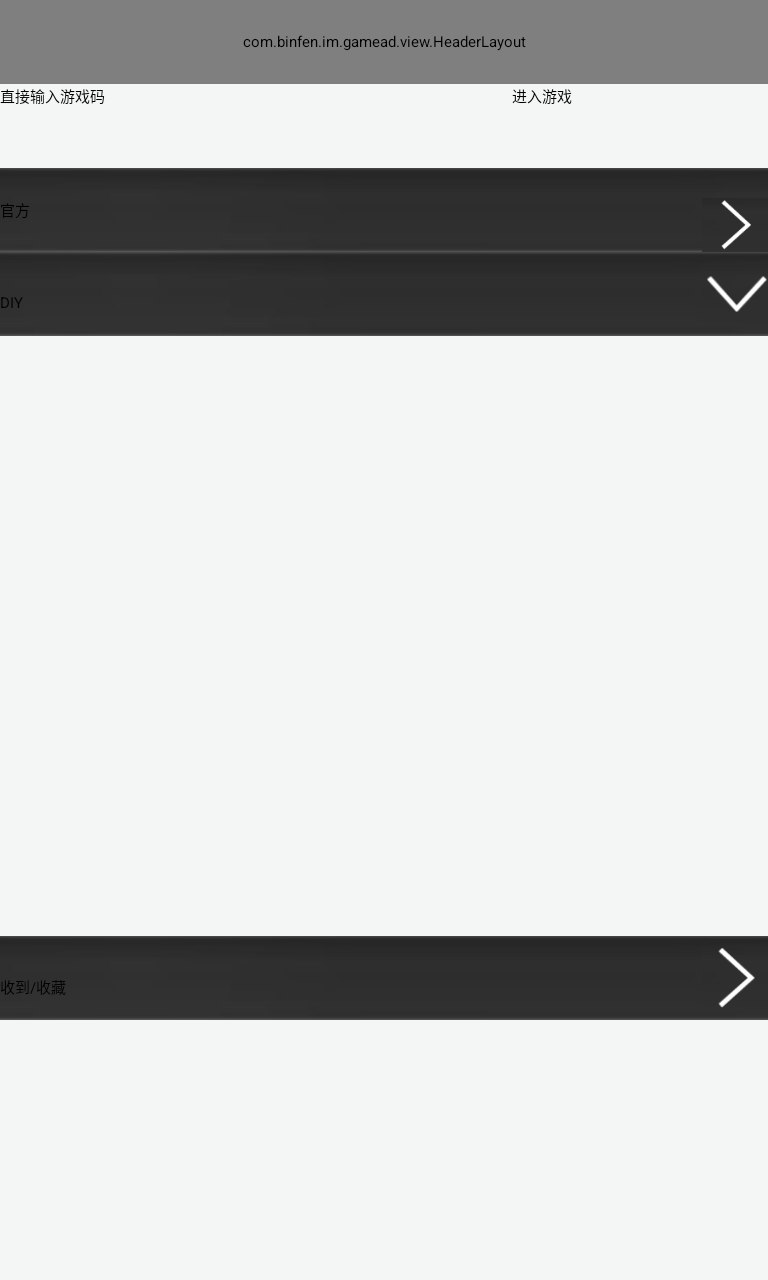
Repository: hosle/gad2
Layout: gamead_IM2/res/layout/xxh_gamelayout2.xml
The author's editor kept a copy of each file at every save. The layout is drawn from the files as they stood at one save, then again after the next save.
Pictures or frames that could not be fetched are drawn as grey boxes. It is drawn on a 768 x 1280 px phone screen (xhdpi) without system bars, with theme AppTheme; the app's code is not run. Lists and similar views that code fills are empty. The app's manifest (not shown) leaves right-to-left support off. So textAlignment, textDirection and layoutDirection are ignored, and left and right values win over start and end ones.

Above is the layout before, as saved 2015-06-26 07:10:59.

### gamead_IM2/res/layout/xxh_gamelayout2.xml
<?xml version="1.0" encoding="utf-8"?>
<RelativeLayout xmlns:android="http://schemas.android.com/apk/res/android"
    android:layout_width="match_parent"
    android:layout_height="match_parent"
    android:background="@color/base_bg"
    >

    <include
        android:id="@+id/common_actionbar"
        layout="@layout/include_action_bar"
        android:layout_width="match_parent"
        android:layout_height="42dp"
        android:layout_alignParentTop="true" />

    <LinearLayout
        android:id="@+id/bar3"
        android:layout_width="match_parent"
        android:layout_height="wrap_content"
        android:layout_below="@+id/common_actionbar"
        android:orientation="vertical" >
         <LinearLayout
            android:orientation="horizontal"
            android:layout_width="match_parent"
            android:layout_height="42dp">
            <EditText android:id="@+id/edt_gamecode"
                android:layout_height="match_parent"
                android:layout_width="0dp"
                android:layout_weight="2"
                android:hint="@string/hintgamecode"/>
            <Button android:id="@+id/btn_gamecode"
                android:layout_height="match_parent"
                android:layout_width="0dp"
                android:layout_weight="1"
                android:text="@string/btngamecode"
                />

        </LinearLayout>

        <RelativeLayout
            android:layout_width="match_parent"
            android:layout_height="42dp"
            android:background="@drawable/xxh_game_dir" >
            <TextView
                android:id="@+id/official_game"
                android:layout_width="wrap_content"
                android:layout_height="wrap_content"
                android:layout_alignParentLeft="true"
                android:layout_alignParentStart="true"
                android:layout_centerVertical="true"
                android:text="官方"
                android:textAppearance="?android:attr/textAppearanceLarge" />

            <ImageButton
                android:id="@+id/xxh_imagebnt1"
                android:layout_width="wrap_content"
                android:layout_height="wrap_content"
                android:layout_alignParentRight="true"
                android:layout_alignParentEnd="true"

                android:layout_alignTop="@+id/official_game"
                android:background="@drawable/xxh_game_bkimgbnt"
                android:src="@drawable/xxh_game_ar" />

        </RelativeLayout>

        <RelativeLayout
            android:layout_width="match_parent"
            android:layout_height="42dp"
            android:gravity="center_vertical"
            android:background="@drawable/xxh_game_dir" >

            <TextView
                android:id="@+id/receive_game"
                android:layout_width="wrap_content"
                android:layout_height="wrap_content"
                android:layout_alignParentLeft="true"
                android:layout_alignParentStart="true"
                android:layout_centerVertical="true"
                android:text="DIY"
                android:textAppearance="?android:attr/textAppearanceLarge" />

            <ImageButton
                android:id="@+id/xxh_imagebnt2"
                android:layout_width="wrap_content"
                android:layout_height="wrap_content"
                android:layout_alignParentRight="true"
                android:layout_alignParentEnd="true"
                android:layout_alignRight="@+id/receive_game"
                android:background="@drawable/xxh_game_bkimgbnt"
                android:src="@drawable/xxh_game_ad" />

        </RelativeLayout>


    </LinearLayout>

   <!--  <com.binfen.im.gamead.view.ClearEditText
        android:id="@+id/et_msg_search"
        android:layout_width="fill_parent"
        android:layout_height="@dimen/base_action_bar_height"
        android:layout_margin="10dp"
        android:background="@drawable/base_edit_input"
        android:drawableLeft="@drawable/icon_msg_search"
        android:drawablePadding="10dp"
        android:hint="@string/message_search_hint"
        android:paddingLeft="10dp"
        android:paddingRight="10dp"
        android:singleLine="true"
        android:visibility="gone" /> -->

   <!--  <GridView
        android:id="@+id/gridgame"
        android:layout_width="match_parent"
        android:layout_height="286dp"
        android:layout_weight="0.50"
        android:columnWidth="90dp"
        android:gravity="center"
        android:horizontalSpacing="5dp"
        android:numColumns="auto_fit"
        android:stretchMode="columnWidth"
        android:verticalSpacing="5dp" >
    </GridView> -->

    <LinearLayout
        android:layout_width="match_parent"
        android:layout_height="wrap_content"
        android:layout_below="@+id/bar3"
        android:layout_alignParentBottom="true"
        android:orientation="vertical" >
         <ListView
        android:id="@+id/listgame"
        android:layout_width="match_parent"
        android:layout_height="300dp"

        ></ListView>

        <RelativeLayout
            android:layout_width="match_parent"
            android:layout_height="42dp"
            android:gravity="center_vertical"
            android:background="@drawable/xxh_game_dir" >

            <TextView
                android:id="@+id/save_game"
                android:layout_width="wrap_content"
                android:layout_height="wrap_content"
                android:layout_alignParentLeft="true"
                android:layout_centerVertical="true"
                android:text="收到/收藏"
                android:textAppearance="?android:attr/textAppearanceLarge" />

            <ImageButton
                android:id="@+id/xxh_imagebnt3"
                android:layout_width="wrap_content"
                android:layout_height="wrap_content"
                android:layout_alignParentRight="true"
                android:layout_alignParentTop="true"
                android:layout_alignRight="@+id/save_game"
                android:background="@drawable/xxh_game_bkimgbnt"
                android:src="@drawable/xxh_game_ar" />
        </RelativeLayout>
    </LinearLayout>

</RelativeLayout>

### gamead_IM2/res/values/colors.xml
<?xml version="1.0" encoding="utf-8"?>
<resources>

    <color name="base_actionbar_bg">#f5f5f5</color>
    <color name="base_action_bar_title_color">#2f2725</color>
    <color name="base_tab_indicator_text_color">#f82c22</color>
    <color name="base_menu_left_bg">#393c44</color>
    <color name="pull_refresh_textview">#000000</color>
    <color name="base_color_text_black">#3e3e39</color>
    <color name="base_color_text_gray">#9fa0a0</color>
    <color name="base_color_text_white">#ffffff</color>
    <color name="home_item_color_bg">#f4f6f6</color>
    <color name="base_bg">#f4f6f6</color>
    <!-- zxing -->
    <color name="color_half_transparent">#b0000000</color>
    <color name="color_transparent_bg">#80000000</color>
    <color name="color_transparent_bg1">#e0000000</color>
    <!-- emot -->
    <color name="msg_emote_divider">#ffa1a1a1</color>
    <color name="color_bottom_bg">#272a2e</color>
    <color name="color_bottom_text_normal">#9da0a4</color>
    <color name="color_bottom_text_press">#4f9ef6</color>
    <color name="text_gray">#969696</color>
    <color name="transparent">#00000000</color>
    <color name="msg_chat_bg">#eceff4</color>

    <color name="theme_bg_color">#f0f2f5</color>
    <color name="color_theme">#489cfa</color>
    <color name="c_f98800">#ed4e23</color>

    <color name="dialog_color_title">#f82c22</color>
    <color name="guide_color">#898989</color>

    <color name="common_bg">#fcfcfc</color>

</resources>

### gamead_IM2/res/layout/include_action_bar.xml
<?xml version="1.0" encoding="utf-8"?>
<com.binfen.im.gamead.view.HeaderLayout
    xmlns:android="http://schemas.android.com/apk/res/android"
    android:layout_width="match_parent"
    android:layout_height="@dimen/base_action_bar_height" >

</com.binfen.im.gamead.view.HeaderLayout>

### gamead_IM2/res/values/strings.xml
<?xml version="1.0" encoding="utf-8"?>
<resources>

    <string name="app_name">缤分</string>
    <string name="action_settings">Settings</string>
    <string name="hello_world">Hello world!</string>
    <string name="login_username_hint">请输入用户名&#8230;</string>
    <string name="login_password_hint">请输入密码&#8230;</string>
    <string name="login_email_hint">请在此输入密码&#8230;</string>
    <string name="login">登录</string>
    <string name="register">注册</string>
    <string name="register_txt1">还没有账号？</string>
    <string name="register_txt2">立即注册 ></string>
    <string name="login_account">账号 </string>
    <string name="login_pwd">密码 </string>
    <string name="login_email">确认密码 </string>
    <string name="message_search_hint">搜索&#8230;</string>
    <string name="main_tab_recent">会话</string>
    <string name="main_tab_contact">联系人</string>
    <string name="mian_tab_set">设置</string>
    <string name="main_tab_game">游戏</string>
    <string name="xlistview_header_hint_normal">下拉刷新</string>
    <string name="xlistview_header_hint_ready">松开刷新数据</string>
    <string name="xlistview_header_hint_loading">正在加载&#8230;</string>
    <string name="xlistview_header_last_time">上次更新时间：</string>
    <string name="xlistview_footer_hint_normal">查看更多</string>
    <string name="xlistview_footer_hint_ready">松开载入更多</string>
    <string name="add_avator">头像</string>
    <string name="add_nick">昵称</string>
    <string name="add_name">账号</string>
    <string name="add_name_hint">请输入昵称&#8230;</string>
    <string name="add_gender">性别</string>
    <string name="set_notify">接收新消息通知</string>
    <string name="set_myinfo">个人资料</string>
    <string name="set_blacklist">黑名单</string>
    <string name="set_voice">声音</string>
    <string name="set_vibrate">震动</string>
    <string name="tips">提示</string>
    <string name="logout">退出登陆</string>
    <string name="pop_photo">拍照</string>
    <string name="pop_choose">从手机相册选中</string>
    <string name="network_tips">当前网络不可用,请检查您的网络!</string>
    <string name="toast_error_password_null">密码不能为空</string>
    <string name="toast_error_username_null">用户名不能为空</string>
    <string name="toast_error_comfirm_password">输入的两次密码不一致</string>
    <string name="blacklist">黑名单</string>
    <string name="chat">发起会话</string>
    <string name="add_friend">添加好友</string>
    <string name="send_state">已读</string>
    <string name="longclick_speak">长按说话</string>
    <string name="picture">照片</string>
    <string name="camera">拍摄</string>
    <string name="location">位置</string>
    <string name="xxh_game">游戏</string>
    <string name="black_tips">已添加至黑名单，你将不再收到对方的消息!</string>
    <string name="username">用户名</string>
    <string name="search">搜索</string>
    <string name="new_friends">新朋友</string>
    <string name="near_people">附近的人</string>
    <string name="voice_up_tips">手指上滑,取消发送</string>
    <string name="voice_cancel_tips">松开手指，取消发送</string>
    <string name="voice_seconds_tips">还可以说%1$s秒</string>
    <string name="voice_short_tips">录音时间太短</string>
    <string name="show_notice">\t\t\t\t\t自V1.0.6版本开始，应用源码中将不再公开ApplicationId,开发者请自行到官网申请。\n\t\t\t\t\t申请成功之后在应用程序启动页(SplashActivity)进行初始化操作!</string>
    <string name="title_activity_select_game_to_send">SelectGameToSendActivity</string>
    <string name="title_activity_maintest">MainActivity</string>
    <string name="title_activity_select_game_to_send2">SelectGameToSend2Activity</string>

    <string name="hintgamecode">直接输入游戏码</string>
    <string name="btngamecode">进入游戏</string>

</resources>

### gamead_IM2/res/values/dimens.xml
<resources>

    <!-- Default screen margins, per the Android Design guidelines. -->
    <dimen name="activity_horizontal_margin">16dp</dimen>
    <dimen name="activity_vertical_margin">16dp</dimen>
    <dimen name="text_size_small">14sp</dimen>
    <dimen name="text_size_medium">16sp</dimen>
    <dimen name="text_size_large">18sp</dimen>
    <dimen name="base_action_bar_height">48.0dip</dimen>
    <dimen name="base_action_bar_title_size">22.0sp</dimen>
    <dimen name="register_margin">10.0dp</dimen>
    <dimen name="base_scrollview_top_height">50.0dip</dimen>
    <dimen name="tab_padding_top_bottom">15dp</dimen>
    <dimen name="tab_padding_left_right">40dp</dimen>
    <dimen name="tab_height">48dp</dimen>
    <dimen name="base_line_width_1">1dip</dimen>
    <dimen name="base_line_width_2">2dip</dimen>
    <dimen name="base_line_width">0.5dip</dimen>

    <dimen name="time_line_line_left_margin">24dip</dimen>
    <dimen name="time_line_line_width">2.0dip</dimen>
    <dimen name="time_line_content_left_margin">52.0dip</dimen>
    <dimen name="time_line_content_right_margin">7.0dip</dimen>

    <dimen name="score_item_height">100.0dip</dimen>
     <dimen name="message_top_height">70.0dip</dimen>

     <dimen name="margin_chat_top">5.0dip</dimen>
</resources>

After the next save:
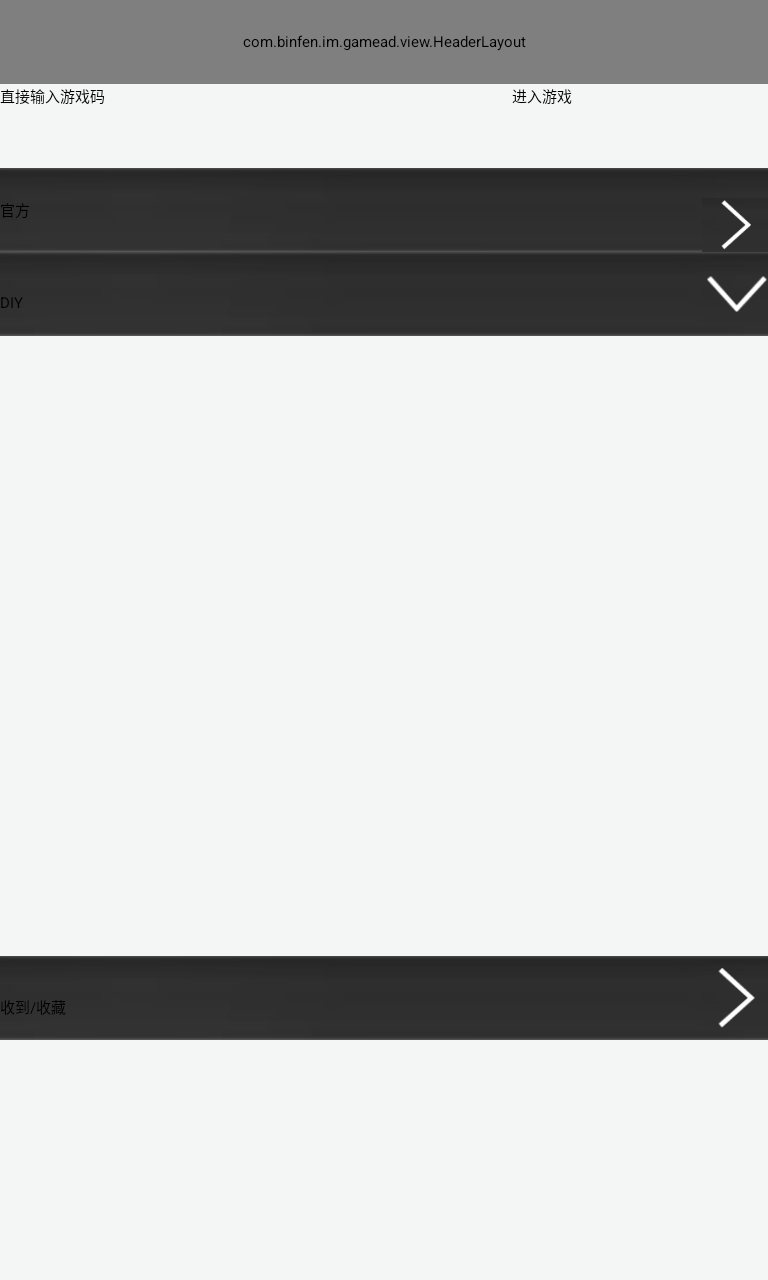
Saved 118 s later.
--- a/gamead_IM2/res/layout/xxh_gamelayout2.xml
+++ b/gamead_IM2/res/layout/xxh_gamelayout2.xml
@@ -130,7 +130,7 @@
          <ListView
         android:id="@+id/listgame"
         android:layout_width="match_parent"
-        android:layout_height="300dp"
+        android:layout_height="310dp"
 
         ></ListView>
 
